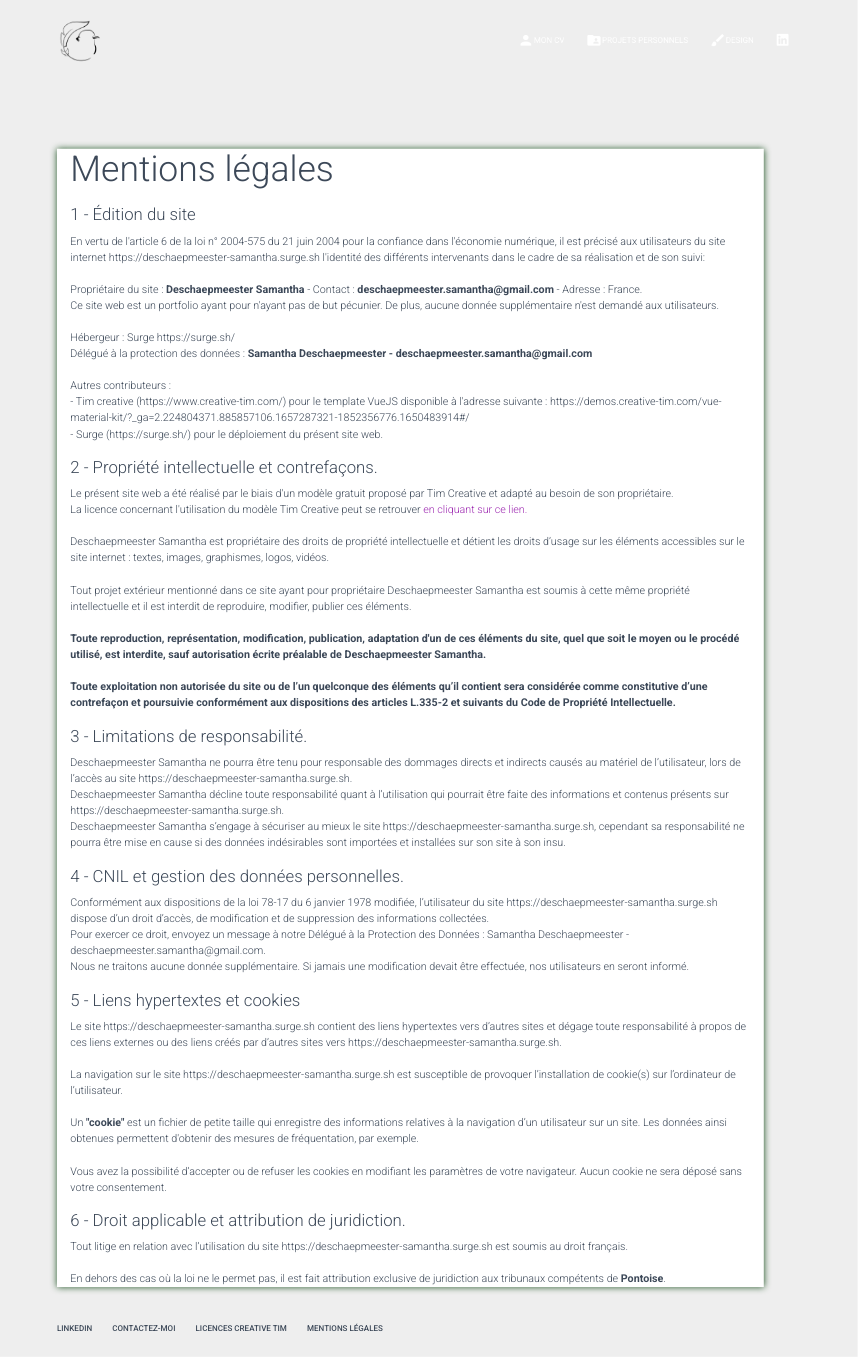
Repository: sdeschaepmeester/NewPortfolio
Page: /#/mentions
An editor plug-in stored every save of this project. The page is shown before and after the next save, followed by the edit.
The browser window is 1280 px wide. The pictures show the whole page, at 67% of full size.
Some web libraries are served in a nearby version. The project was rebuilt for these pictures with package versions that can differ from the ones it lists, and the page was loaded fresh each time. Also part of the build but not shown: vue.config.js, src/views/components/APropos.vue, src/views/components/NavigationSection.vue, src/views/components/SmallNavigationSection.vue, src/components/Dropdown.vue, src/components/Parallax.vue, src/components/Pagination.vue, src/components/Slider.vue and 15 more.

Above is the page before, as saved 2022-07-11 20:00:45.

After the next save:
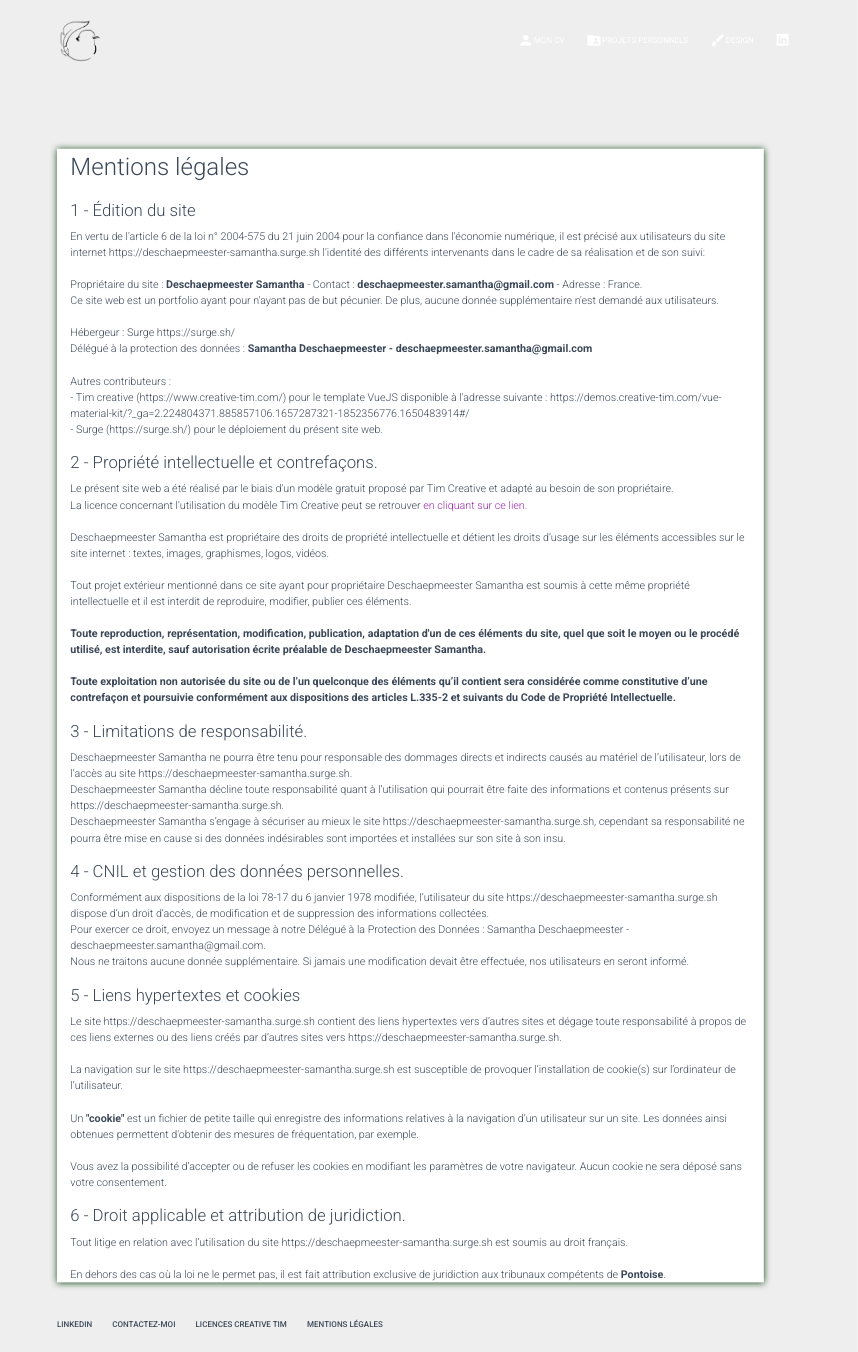
Saved 9 s later.
--- a/src/views/MentionsLegales.vue
+++ b/src/views/MentionsLegales.vue
@@ -6,7 +6,7 @@
             <div style="marginTop: 20%; backgroundColor: white; width: 95%;
             box-shadow: 1px 1px 10px 1px #154d1a;">
             <div style="margin: 20px">
-            <h1>Mentions légales</h1>
+            <h2>Mentions légales</h2>
             <h3>1 - Édition du site</h3>
 
             En vertu de l'article 6 de la loi n° 2004-575 du 21 juin 2004 pour la confiance dans l'économie numérique, il est précisé aux utilisateurs du site internet https://deschaepmeester-samantha.surge.sh l'identité des différents intervenants dans le cadre de sa réalisation et de son suivi:
